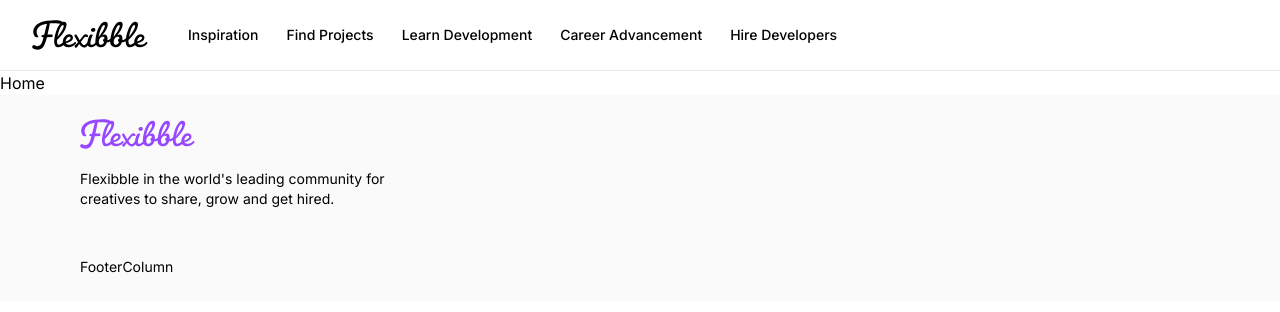
Repository: nazmulislam4/flexibble
Page: /
An editor plug-in stored every save of this project. The page is shown before and after the next save, followed by the edit.
The browser window is 1280 px wide. The pictures show the whole page.
The project was rebuilt for these pictures with package versions that can differ from the ones it lists, and the page was loaded fresh each time. The framework's server and built-in components were replaced by stand-ins that run in the browser. Also part of the build but not shown: next.config.mjs, src/components/AuthProvider.tsx.

Above is the page before, as saved 2024-03-12 01:18:35.

After the next save:
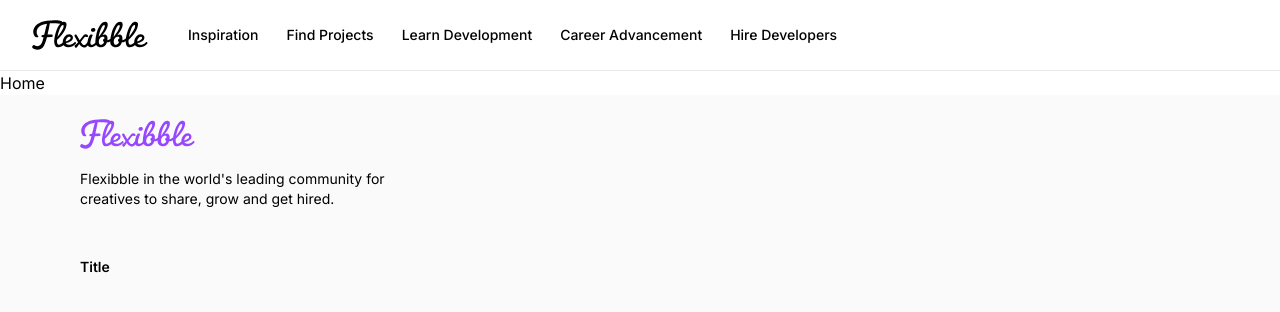
Saved 35 s later.
--- a/src/components/FooterColumn.tsx
+++ b/src/components/FooterColumn.tsx
@@ -1,7 +1,12 @@
 import React from "react";
 
 const FooterColumn = () => {
-  return <div className="footer_column">FooterColumn</div>;
+  return (
+    <div className="footer_column">
+      <h4 className="font-semibold">Title</h4>
+      <ul className="flex flex-col gap-2 font-normal"></ul>
+    </div>
+  );
 };
 
 export default FooterColumn;
